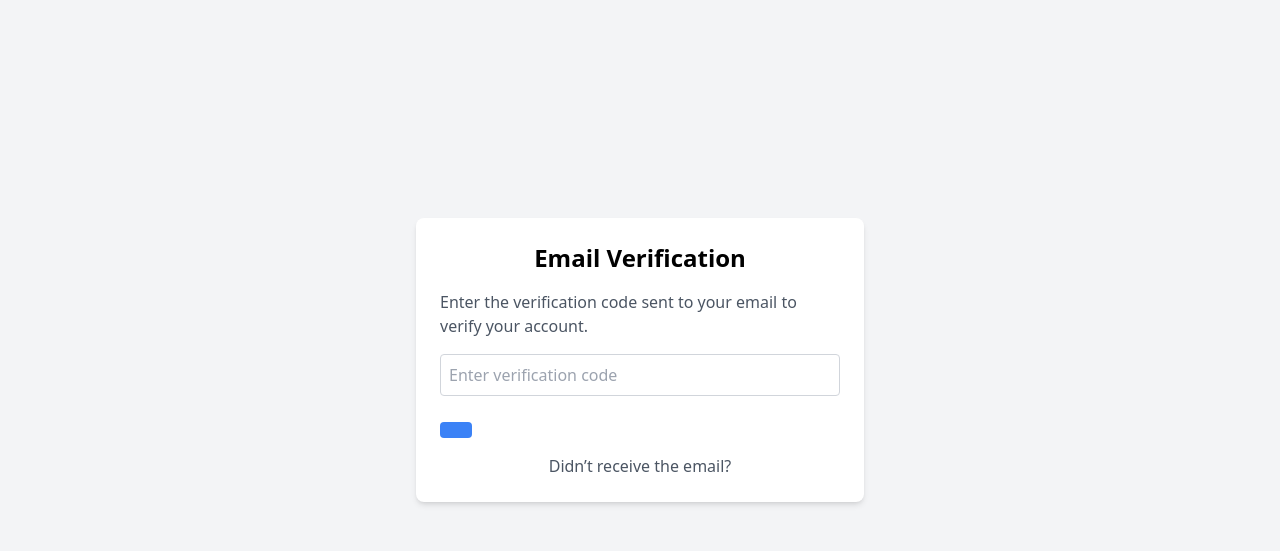
Repository: makanda596/system
Page: /email-verification (app in client/)
These files come from the project's save history. The page is drawn as it stood at one moment and after the next save; the edit follows.
The browser window is 1280 px wide. The pictures show the whole page.
The page's requests for data from a server got no answer. The project was rebuilt for these pictures with package versions that can differ from the ones it lists, and the page was loaded fresh each time. No one was signed in, and anything a server would have sent is missing. Also part of the build but not shown: client/src/componets/Hero.jsx, client/src/componets/Navbar.jsx, client/src/componets/Footer.jsx, client/src/Home.jsx, client/src/SignUpForm.jsx, client/src/LoginForm.jsx, client/src/Pages/Dashboard.jsx, client/src/Pages/Payments.jsx and 6 more. Imported but missing from the stored project, and not drawn on this page: client/src/reportWebVitals.

Above is the page before, as saved 2024-12-10 17:47:51.

### client/src/App.js
import React, { useEffect } from 'react';
import { BrowserRouter as Router, Route, Routes, Navigate } from 'react-router-dom';
import Home from './Home.jsx';
import SignUpForm from './SignUpForm.jsx';
import LoginForm from './LoginForm.jsx';
import Dashboard from './Pages/Dashboard.jsx';
import Payments from './Pages/Payments.jsx';
import Settings from './Pages/Settings.jsx';
import Alert from './Pages/Alert.jsx';
import AdminDashboard from './Pages/AdminDashboard.jsx';
import Adminlogin from './Adminlogin.jsx';
import Forgotpassword from './Pages/Forgotpassword.jsx';
import EmailVerification from './Pages/EmailVerificationPage.jsx';
import Resetpassword from './Pages/Resetpassword.jsx';
import { useAuthStore } from '../src/store/authStore.js';

// Protect routes that require authentication
const ProtectedRoute = ({ children }) => {
  const { isAuthenticated, user } = useAuthStore();

  if (!isAuthenticated) {
    return <Navigate to="/" replace />;
  }

  if (!user?.isVerified) {
    return <Navigate to="/email-verification" replace />;
  }

  return children;
};

// Redirect authenticated users to the home page
const RedirectAuthenticatedUser = ({ children }) => {
  const { isAuthenticated, user } = useAuthStore();

  if (isAuthenticated && user?.isVerified) {
    return <Navigate to="/home" replace />;
  }

  return children;
};

function App() {
  const { isCheckingAuth, checkAuth } = useAuthStore();

  // Check authentication on app load
  useEffect(() => {
    checkAuth();
  }, [checkAuth]);

  // Show a loading spinner or placeholder while checking authentication
  if (isCheckingAuth) return <h1>loading ...</h1>


  return (
    <div>
      <Router>
        <Routes>
          {/* Public routes */}
          <Route
            path="/signup"
            element={
              <RedirectAuthenticatedUser>
                <SignUpForm />
              </RedirectAuthenticatedUser>
            }
          />
          <Route
            path="/"
            element={
              <RedirectAuthenticatedUser>
                <LoginForm />
              </RedirectAuthenticatedUser>
            }
          />
          <Route path="/adminlogin" element={<Adminlogin />} />
          <Route path="/forgotpassword" element={<Forgotpassword />} />
          <Route path="/email-verification" element={<EmailVerification />} />
          <Route path="/reset-password" element={<Resetpassword />} />

          {/* Protected routes */}
          <Route
            path="/home"
            element={
              <ProtectedRoute>
                <Home />
              </ProtectedRoute>
            }
          />
          <Route
            path="/dashboard"
            element={
              <ProtectedRoute>
                <Dashboard />
              </ProtectedRoute>
            }
          />
          <Route
            path="/payments"
            element={
              <ProtectedRoute>
                <Payments />
              </ProtectedRoute>
            }
          />
          <Route
            path="/settings"
            element={
              <ProtectedRoute>
                <Settings />
              </ProtectedRoute>
            }
          />
          <Route
            path="/alert"
            element={
              <ProtectedRoute>
                <Alert />
              </ProtectedRoute>
            }
          />
          <Route
            path="/admin"
            element={
              <ProtectedRoute>
                <AdminDashboard />
              </ProtectedRoute>
            }
          />

          {/* Catch-all route */}
          <Route path="*" element={<Navigate to="/" replace />} />
        </Routes>
      </Router>
    </div>
  );
}

export default App;

### client/src/Pages/EmailVerificationPage.jsx
import React, { useState } from "react";
import { useAuthStore } from '../store/authStore'
import { useNavigate } from "react-router-dom";

const EmailVerification = () => {
    const [code, setCode] = useState("");
    const { verifyEmail, error, message } = useAuthStore()
    const navigate = useNavigate()
    // Handle verification by code
    const verifyEmails = async (e) => {
        e.preventDefault();

        try {
            await verifyEmail(code)
            alert("Email verified successfully");
            navigate('/')
        } catch (error) {
            console.log(error);
        }
    };

    // // Handle resend verification email
    // const resendVerificationEmail = async () => {

    //     try {
    //         const response = await axios.post("/api/auth/resend-verification-email");
    //         if (response.data.success) {
    //             alert("Verification email sent! Check your inbox.");
    //         } else {
    //             setErrorMessage(response.data.message || "Something went wrong.");
    //         }
    //     } catch (error) {
    //         setErrorMessage("Failed to resend verification email. Please try again.");
    //     } finally {
    //         setIsLoading(false);
    //     }

    return (
        <div className="min-h-screen flex flex-col items-center justify-center bg-gray-100">
            <div className="bg-white shadow-md rounded-lg p-6 max-w-md w-full">
                <h1 className="text-2xl font-semibold text-center mb-4">
                    Email Verification
                </h1>
                {/* {isVerified ? (
                <div className="text-center">
                    <p className="text-green-500 mb-4">Your email has been verified!</p>
                    <button
                        className="bg-green-500 text-white px-4 py-2 rounded hover:bg-green-600"
                        onClick={() => (window.location.href = "/login")}
                    >
                        Go to Login
                    </button>
                </div> */}
                {/* ) : ( */}
                <div>
                    <p className="text-gray-600 mb-4">
                        Enter the verification code sent to your email to verify your account.
                    </p>
                    {error && (
                        <p className="text-red-500 text-center mb-4">{error}</p>
                    )}
                    <input
                        type="text"
                        placeholder="Enter verification code"
                        value={code}
                        onChange={(e) => setCode(e.target.value)}
                        className="w-full border border-gray-300 p-2 rounded mb-4"
                    />
                    <button
                        className={`bg-blue-500 text-white px-4 py-2 rounded hover:bg-blue-600    }`}
                        onClick={verifyEmails}

                    >
                    </button>
                    <p className="text-gray-600 text-center mt-4">Didn’t receive the email?</p>

                </div>

            </div>
        </div>
    );
};

export default EmailVerification;

### client/src/store/authStore.js
import { create } from 'zustand';
import axios from 'axios'

// const API_URL = process.env.MODE === "development" ? "http://localhost:5000/auth" : "/auth"
const API_URL = "http://localhost:5000/auth"

export const useAuthStore = create((set) => ({ //a one argument and a callback function
    user: null,
    isAuthenticated: false,
    isLoading: false,
    error: null,
    isCheckingAuth: true,
    message: null,

    //signup part
    signup: async (name, email, phone, roomNumber, moveIn, password) => {
        set({ isLoading: true, error: null })
        try {

            const response = await axios.post(`${API_URL}/signup`, { name, email, phone, roomNumber, moveIn, password }); //we sending this to the server
            set({ user: response.data.user, isAuthenticated: true, isLoading: false })//updatyes the state of the useAuthstore
        } catch (error) {
            set({ error: error.response.data.message || "Error signing up", isLoading: false });  // Error: show error message
            throw error;
        }
    },

    //login part
    login: async (roomNumber, password) => {
        set({ isLoading: true, error: null })
        try {
            const response = await axios.post("http://localhost:5000/auth/login", { roomNumber, password });
            localStorage.setItem("token", response.data.token);
            set({ user: response.data.user, isAuthenticated: true, error: null, isLoading: false })
        } catch (error) {
            set({ error: error.response.data.message || "Error signing up", isLoading: false });  // Error: show error message
            throw error;
        }
    },

    //logout part
    logout: async () => {
        try {
            await axios.post(`${API_URL}/logout`)
            set({ user: null, isAuthenticated: false, isCheckingAuth: false })
        } catch (error) {
            set({ error: error.response.data.message || "Error signing up", isLoading: false });  // Error: show error message
            throw error;
        }
    },

    //sending reset-password
    forgotPassword: async (email) => {
        set({ isLoading: true, error: null });
        try {
            const response = await axios.post(`${API_URL}/forgot-password`, { email });
            set({ message: response.data.message, isLoading: false });
        } catch (error) {
            set({
                isLoading: false,
                error: error.response.data.message || "Error sending reset password email",
            });
            throw error;
        }
    },

    //reset password
    resetPassword: async (token, password) => {
        try {
            const response = await axios.post(`${API_URL}/reset-password/${token}`, password);
            set({ message: response.data.message })
        } catch (error) {

        }
    },

    //verfy email
    verifyEmail: async (code) => {
        set({ isLoading: true, error: null });
        try {
            const response = await axios.post(`${API_URL}/verify-email`, { code })
            set({ user: response.data.user, isAuthenticated: true })
            return response.data;
        } catch (error) {

        }
    },

    //chechking authoticTED users
    checkAuth: async () => {
        set({ isCheckingAuth: true, error: null })
        try {
            const token = localStorage.getItem("token"); // Retrieve the token from local storage
            const response = await axios.get("http://localhost:5000/auth/check-auth", {
                headers: {
                    Authorization: `Bearer ${token}`, // Add the token to the Authorization header
                },
                withCredentials: true
            })
            set({ user: response.data.user, isAuthenticated: true, isCheckingAuth: false });
        } catch (error) {
            console.error("Error in checkAuth: ", error);
            localStorage.removeItem("token"); // Clear invalid token
            set({ isAuthenticated: false, isCheckingAuth: false });
        }

    }
}))



// //response.data.user== response.data.{
// user: {
//     email:smksnidn@gmail.com,
//     name:brian,
//     password:mdmd,
// }
// // }

Loaded but not shown: client/src/index.js (common file); client/src/index.css (common file); client/tailwind.config.js (common file)

After the next save:
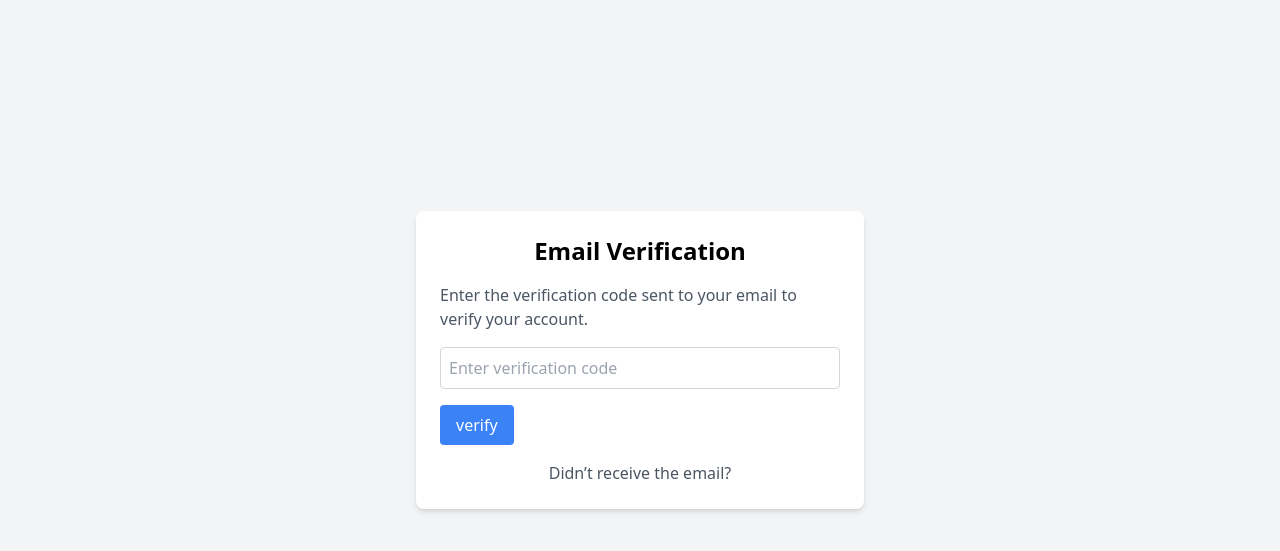
Saved 2 min 21 s later.
--- a/client/src/Pages/EmailVerificationPage.jsx
+++ b/client/src/Pages/EmailVerificationPage.jsx
@@ -70,7 +70,7 @@ const EmailVerification = () => {
                         className={`bg-blue-500 text-white px-4 py-2 rounded hover:bg-blue-600    }`}
                         onClick={verifyEmails}
 
-                    >
+                    >verify
                     </button>
                     <p className="text-gray-600 text-center mt-4">Didn’t receive the email?</p>
 
